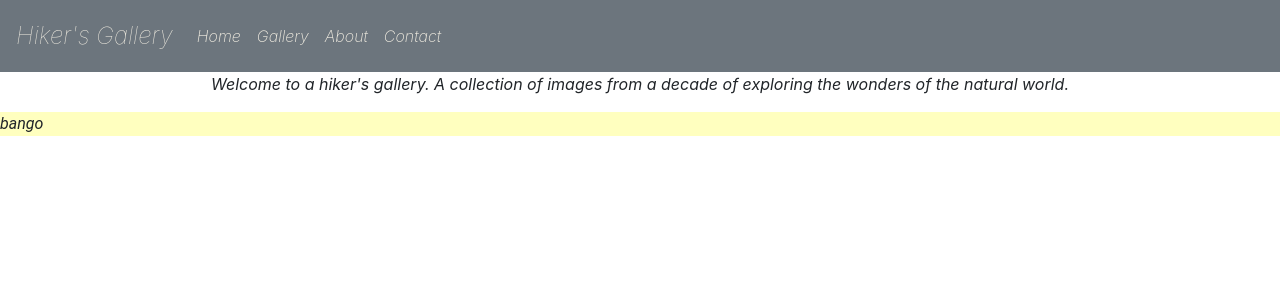
Repository: S-Perring/hiker
Page: index.html
The author's editor kept a record of every edit. The page is drawn from the files as they stood at one moment, then again after the next edit.
The browser window is 1280 px wide. The pictures show the whole page.

Above is the page before.

After the next edit:
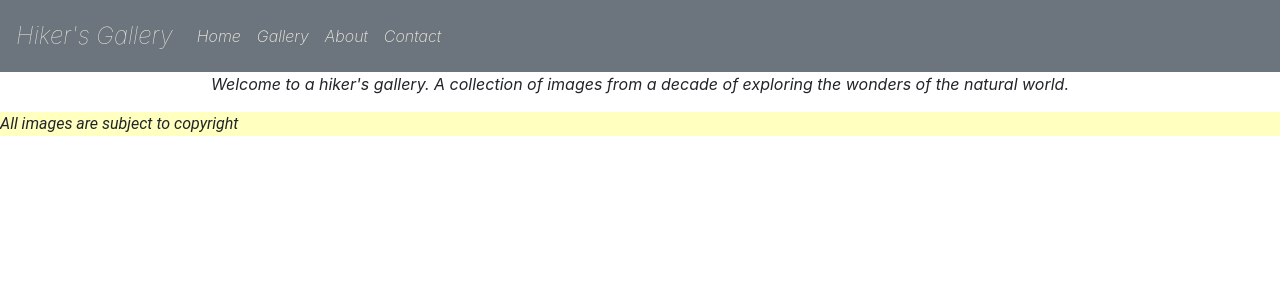
The edit:
--- a/index.html
+++ b/index.html
@@ -36,7 +36,7 @@
 </section>
 
 <footer>
-   bango
+   All images are subject to copyright
 </footer>
 </body>
 
